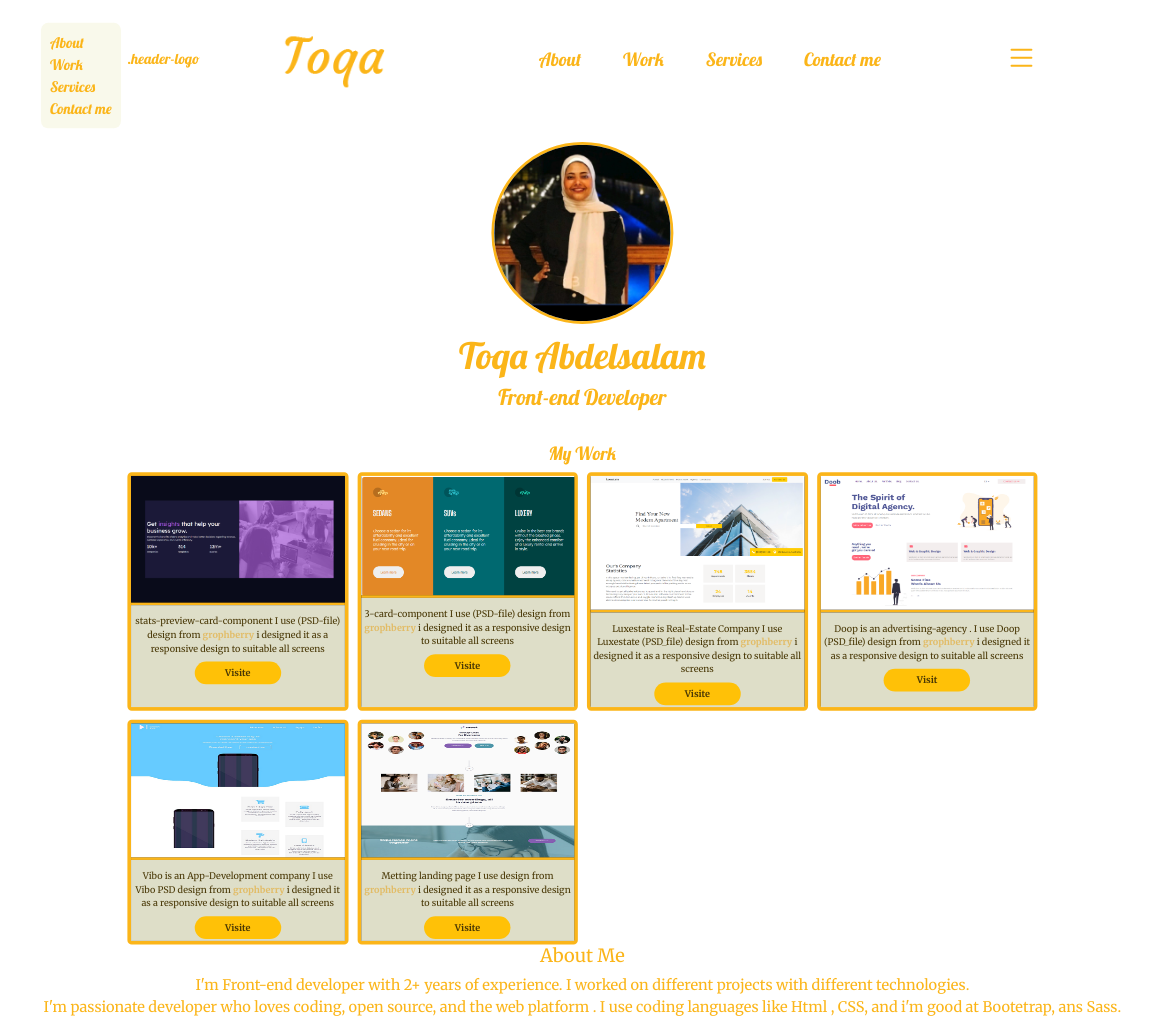
Repository: Toqa-25/portfolio
Page: index.html
An editor plug-in stored every save of this project. The page is shown before and after a run of saves, followed by the edit.
The browser window is 1280 px wide. The pictures show the whole page, at 91% of full size.
Some web fonts or font styles are not loaded; a fallback is used.

Above is the page before, as saved 2021-10-31 16:14:48.

After the next 2 saves:
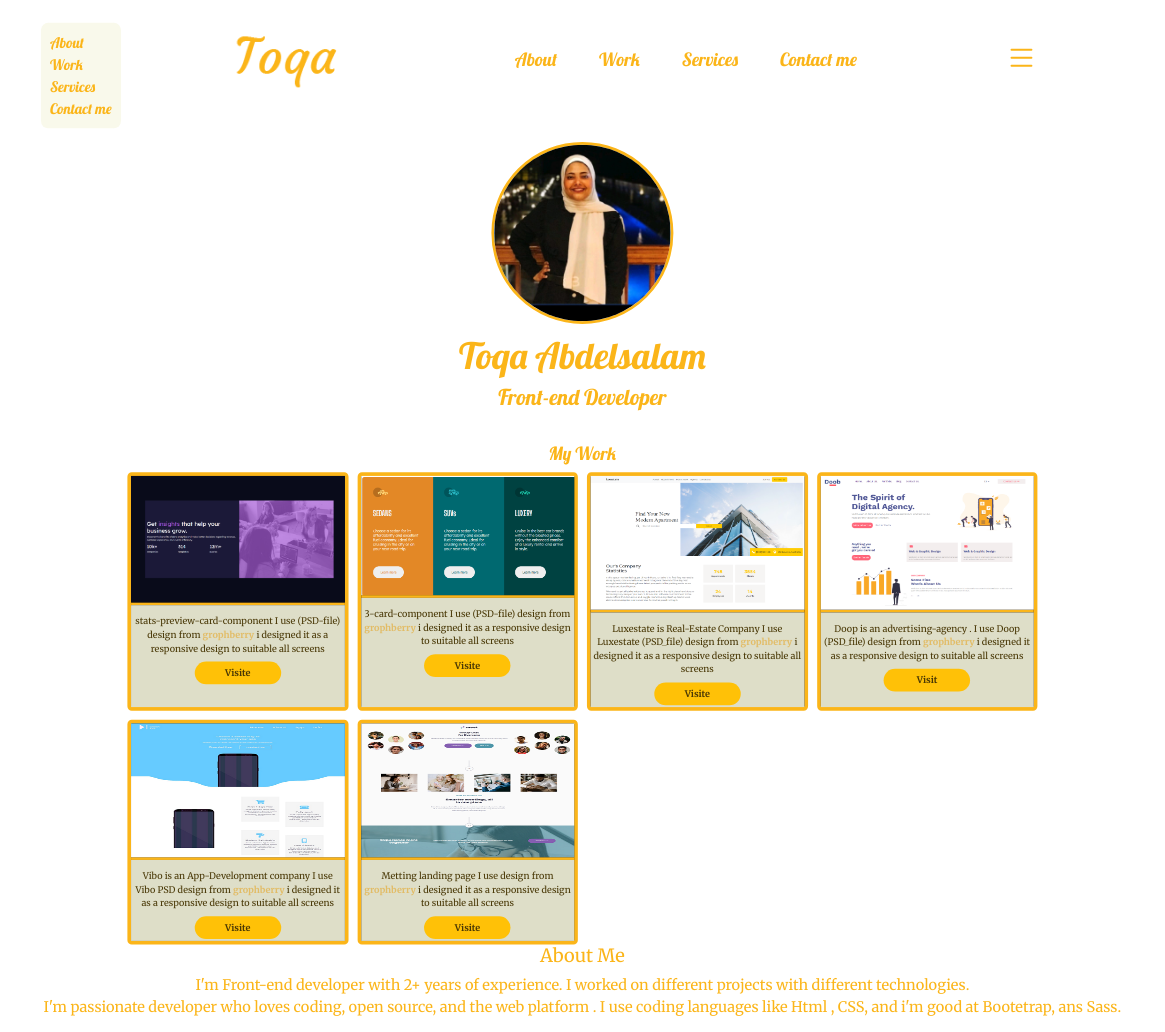
The 2 saves are shown as one change because they came seconds apart.
The last was saved 8 s later.
--- a/index.html
+++ b/index.html
@@ -26,7 +26,9 @@
     <header class="pad">
        <nav class="container">
          <div class="header-content">
-           .header-logo
+
+           <div class="header-logo">
+           </div>
 
          </div>
            <img src="images/logo.png" alt="logo">
